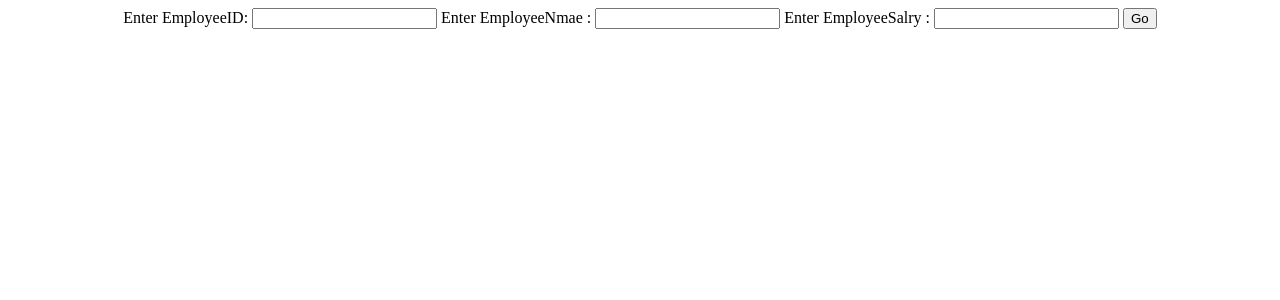
Repository: Mahaboobs/subhani1
Page: http://localhost/DreaamProject/employee.jsp
These files come from the project's save history. The page is drawn as it stood at one moment and after the next save; the edit follows.
The browser window is 1280 px wide. The pictures show the whole page.
The page is served by Tomcat 9.

Above is the page before, as saved 2016-12-19 07:09:37.

After the next save:
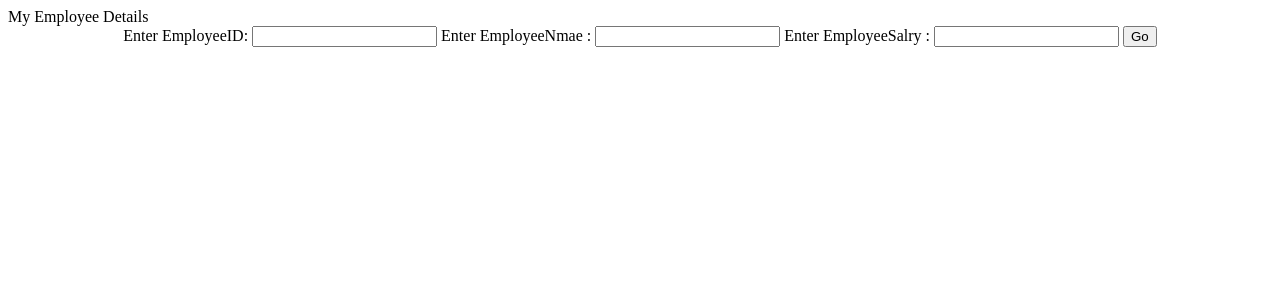
Saved 21 s later.
--- a/DreaamProject/WebContent/employee.jsp
+++ b/DreaamProject/WebContent/employee.jsp
@@ -2,7 +2,7 @@
     pageEncoding="ISO-8859-1"%>
 <!DOCTYPE html PUBLIC "-//W3C//DTD HTML 4.01 Transitional//EN" "http://www.w3.org/TR/html4/loose.dtd">
 <html>
-<head>
+<head>My Employee Details
 <meta http-equiv="Content-Type" content="text/html; charset=ISO-8859-1">
 <title>Insert title here</title>
 </head>
